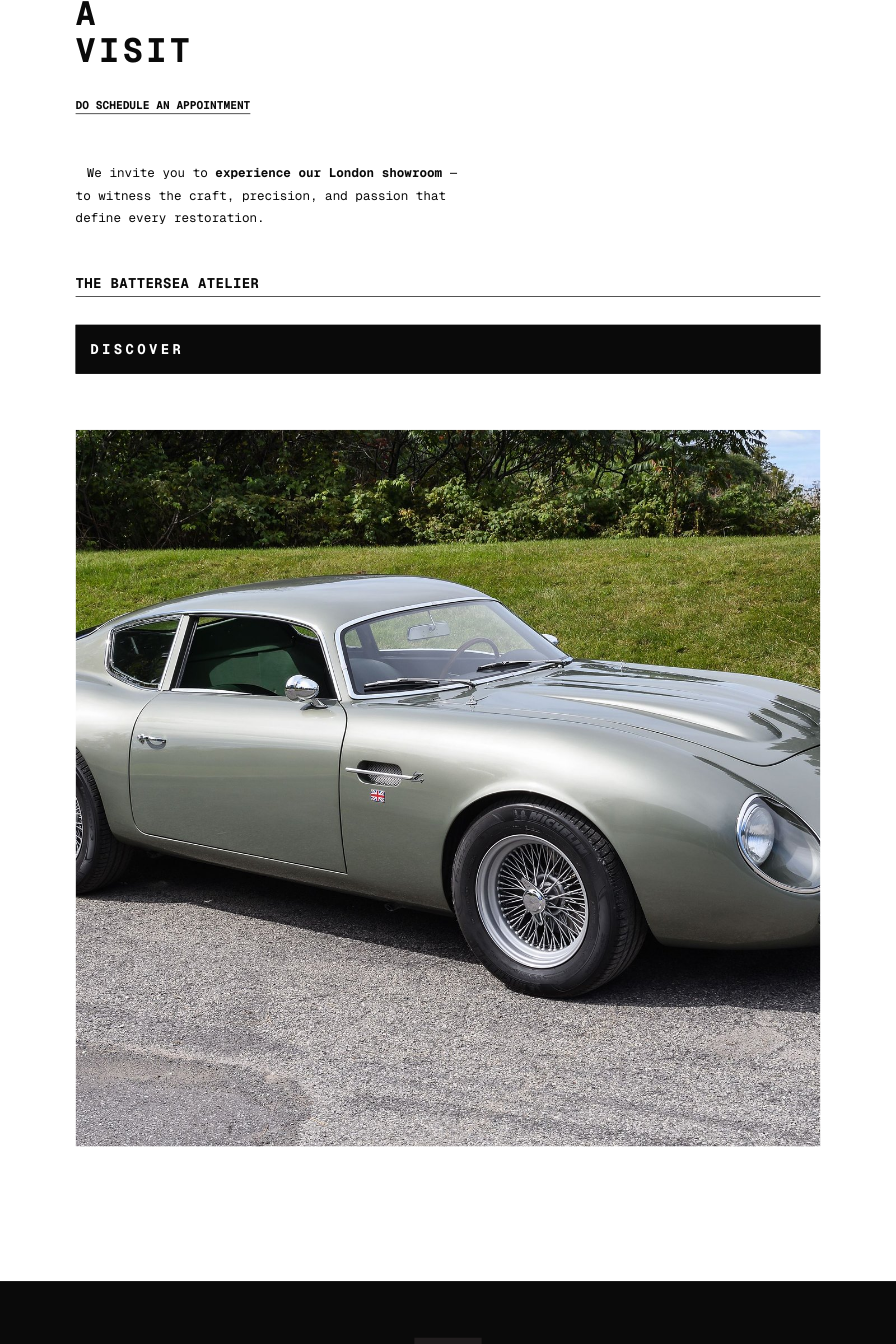
Repository: Richartistique-LeBrassus/Atelier-de-Voitures-Classiques
Page: /
The author's editor kept a copy of each file at every save. The page is drawn from the files as they stood at one save, then again after the next save.
The browser window is 1280 px wide. The pictures show the part of the page from y = 4580 to 6500 px (the page is 6831 px tall before and 7551 px after), at 70% of full size.
The project was rebuilt for these pictures with package versions that can differ from the ones it lists, and the page was loaded fresh each time. The framework's server and built-in components were replaced by stand-ins that run in the browser. Also part of the build but not shown: next.config.ts.

Above is the page before, as saved 2025-11-24 17:47:18.

After the next save:
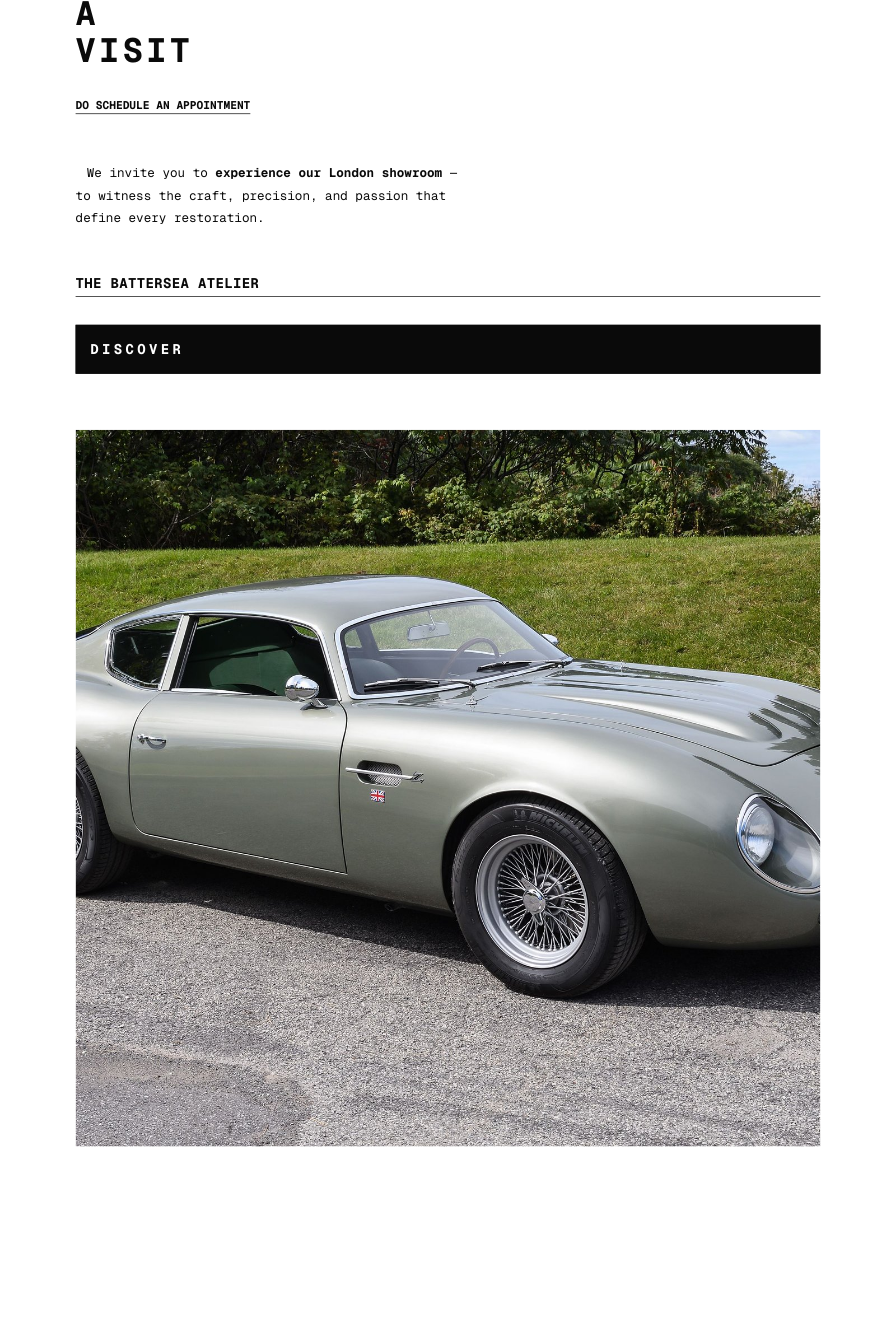
Saved 112 min 58 s later.
--- a/components/Footer.tsx
+++ b/components/Footer.tsx
@@ -3,7 +3,7 @@
 
 export default function Footer() {
   return (
-    <footer className="z-10 w-full bg-neutral-950 text-white py-20
+    <footer className="z-10 w-full mt-[100vh] bg-neutral-950 text-white py-20
     px-8 flex flex-col items-center justify-center space-y-5
     text-center border-t border-white/10">
       {/* Logo */}

After the save that followed:
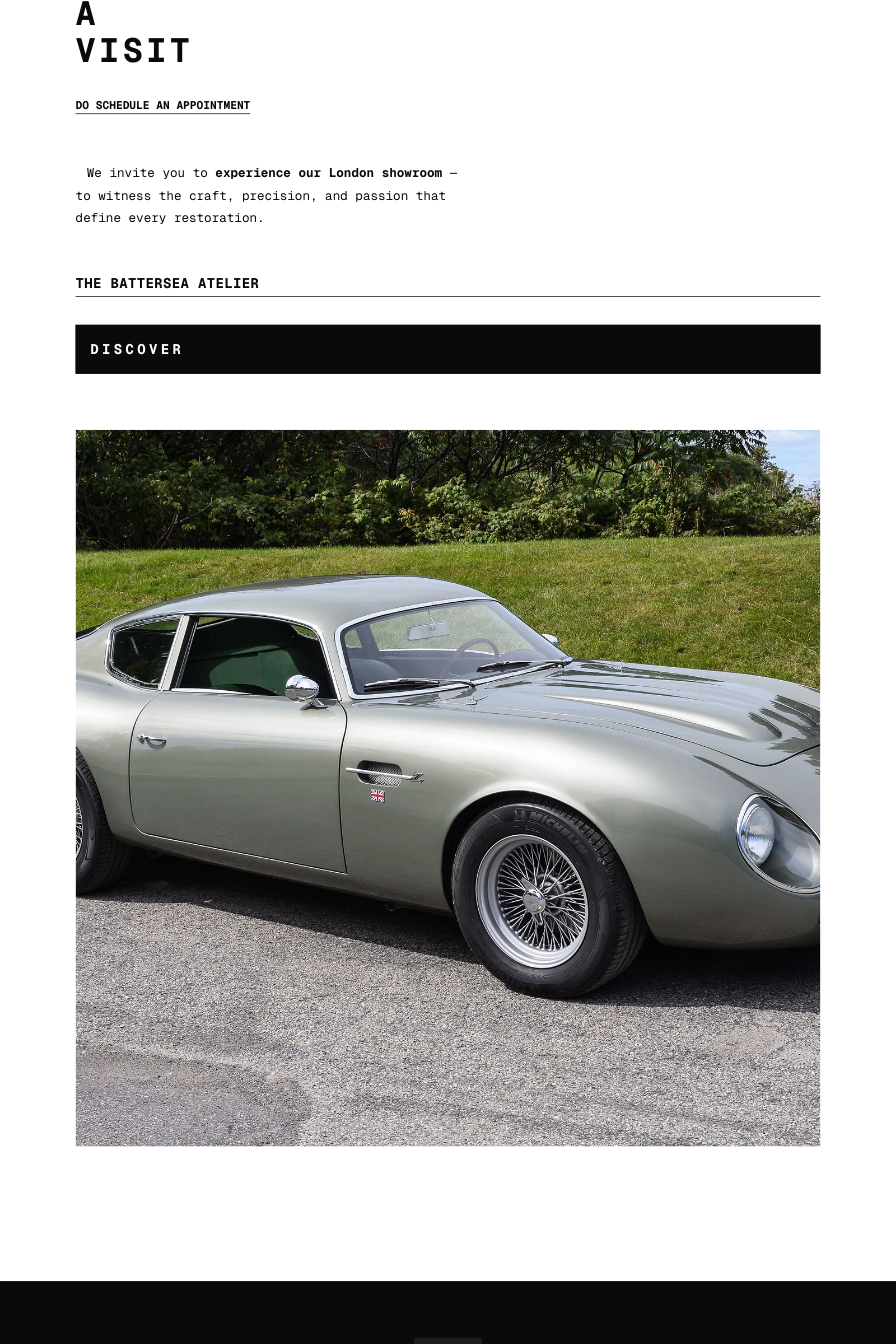
Saved 11 s later.
--- a/components/Footer.tsx
+++ b/components/Footer.tsx
@@ -3,7 +3,7 @@
 
 export default function Footer() {
   return (
-    <footer className="z-10 w-full mt-[100vh] bg-neutral-950 text-white py-20
+    <footer className="z-10 w-full mb-[100vh] bg-neutral-950 text-white py-20
     px-8 flex flex-col items-center justify-center space-y-5
     text-center border-t border-white/10">
       {/* Logo */}
